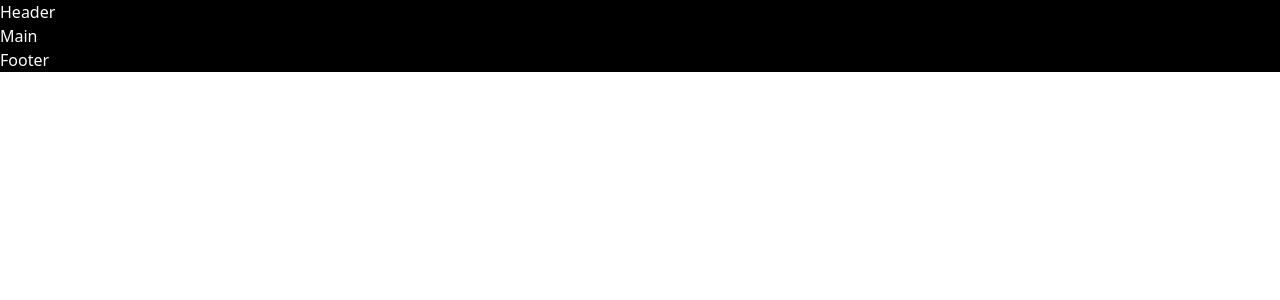
Repository: Ellisvelandia/bored-clone-nft
Page: /
The author's editor kept a copy of each file at every save. The page is drawn from the files as they stood at one save, then again after the next save.
The browser window is 1280 px wide. The pictures show the whole page.
The project was rebuilt for these pictures with package versions that can differ from the ones it lists, and the page was loaded fresh each time. The framework's server and built-in components were replaced by stand-ins that run in the browser. Also part of the build but not shown: next.config.js.

Above is the page before, as saved 2022-09-18 17:07:06.

### pages/index.js
import Head from "next/head";
import Footer from "../components/Footer";
import Header from "../components/Header";
import Main from "../components/Main";

export default function Home() {
  return (
    <div className="container w-screen h-screenn bg-black text-white">
      <Head>
        <title>Bored Clone</title>
        <meta name="description" content="Generated by create next app" />
        <link rel="icon" href="/favicon.ico" />
      </Head>
      <Header />
      <Main />
      <Footer />
    </div>
  );
}

Loaded but not shown: pages/_app.js (common file); styles/globals.css (common file); components/Footer.js (common file); components/Header.js (common file); components/Main.js (common file); tailwind.config.js (common file)

After the next save:
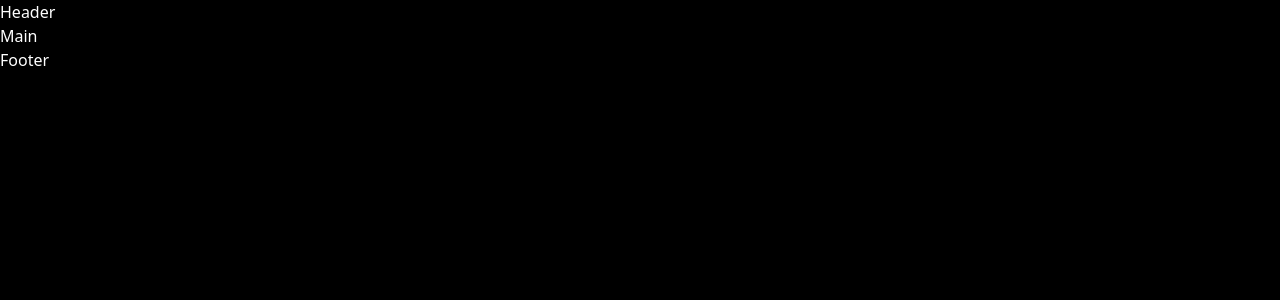
Saved 4 s later.
--- a/pages/index.js
+++ b/pages/index.js
@@ -5,7 +5,7 @@
 
 export default function Home() {
   return (
-    <div className="container w-screen h-screenn bg-black text-white">
+    <div className="container w-screen h-screen bg-black text-white">
       <Head>
         <title>Bored Clone</title>
         <meta name="description" content="Generated by create next app" />

After the save that followed:
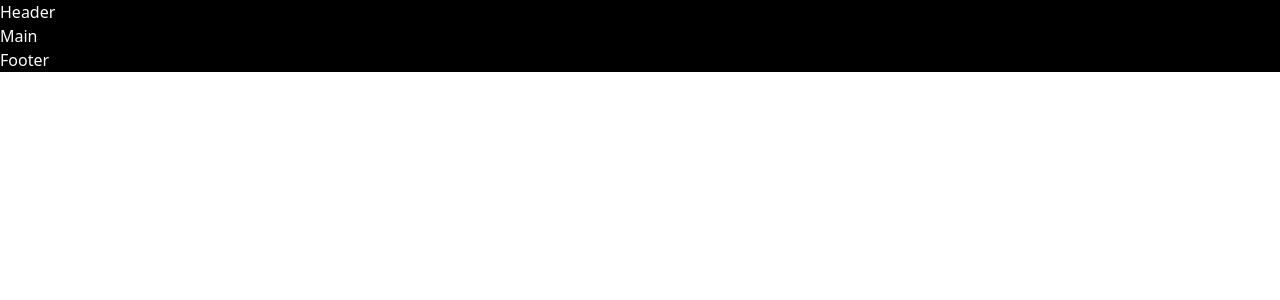
Saved 30 s later.
--- a/pages/index.js
+++ b/pages/index.js
@@ -5,7 +5,7 @@
 
 export default function Home() {
   return (
-    <div className="container w-screen h-screen bg-black text-white">
+    <div className="container w-screen  bg-black text-white">
       <Head>
         <title>Bored Clone</title>
         <meta name="description" content="Generated by create next app" />
